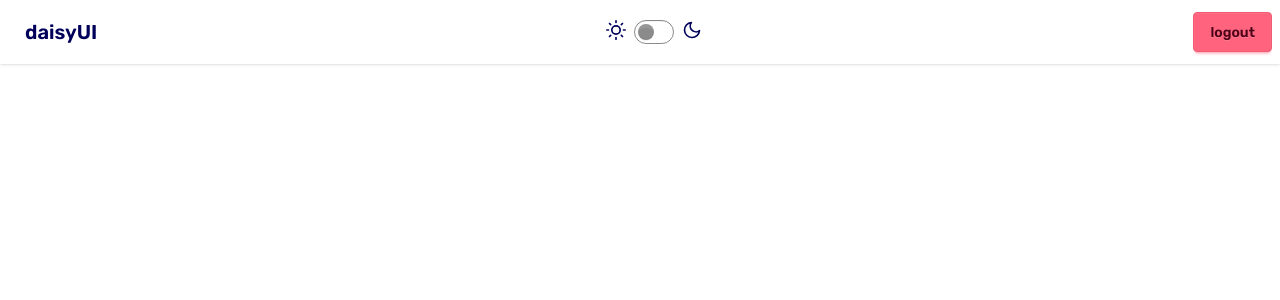
Repository: mariamnabil23/ToDo_App
Page: /
These files come from the project's save history. The page is drawn as it stood at one moment and after a run of saves; the edit follows.
The browser window is 1280 px wide. The pictures show the whole page.
Some web fonts or font styles are not loaded; a fallback is used. The project was rebuilt for these pictures with package versions that can differ from the ones it lists, and the page was loaded fresh each time. Requests to the local data server were answered from the project's data file. Also part of the build but not shown: vite.config.js.

Above is the page before, as saved 2025-05-01 21:06:30.

After the next 5 saves:
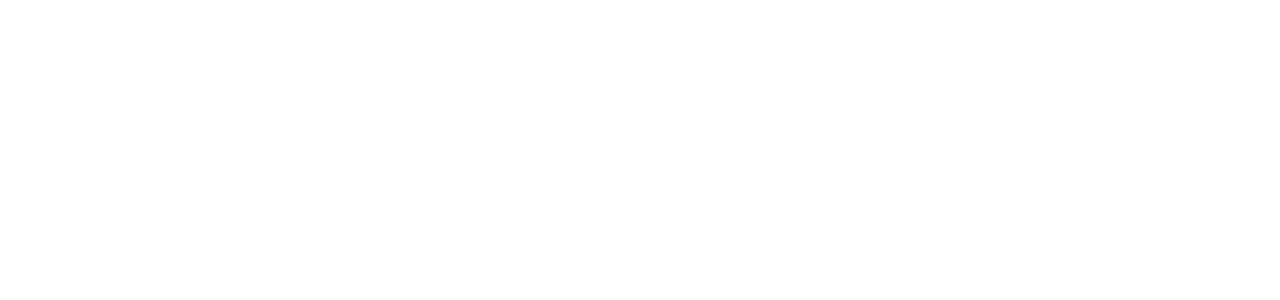
Console error: ReferenceError: dar is not defined
The 5 saves are shown as one change because they came seconds apart.
The last was saved 16 s later.
--- a/src/App.jsx
+++ b/src/App.jsx
@@ -5,11 +5,11 @@
 
 function App() {
 
-  const {dark} = useContext(ThemeContext)
+  const {dark} = useContext(ThemeContext);
 
   return (
     <>
-      <div   >
+      <div className={dar}   >
         <Navbar/>
       </div>
     </>

After the 6 saves that followed:
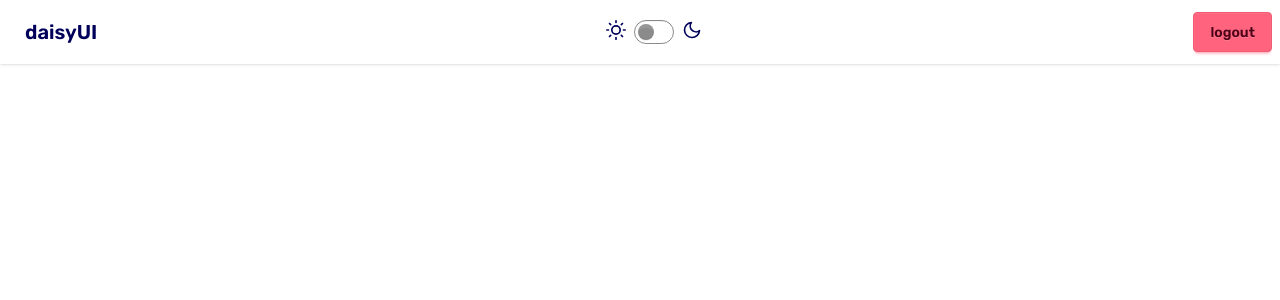
The error is gone.
The 6 saves are shown as one change because they came seconds apart.
The last was saved 17 s later.
--- a/src/App.jsx
+++ b/src/App.jsx
@@ -9,7 +9,7 @@
 
   return (
     <>
-      <div className={dar}   >
+      <div className={dark ? "darkMood" : "lightMood"}   >
         <Navbar/>
       </div>
     </>
